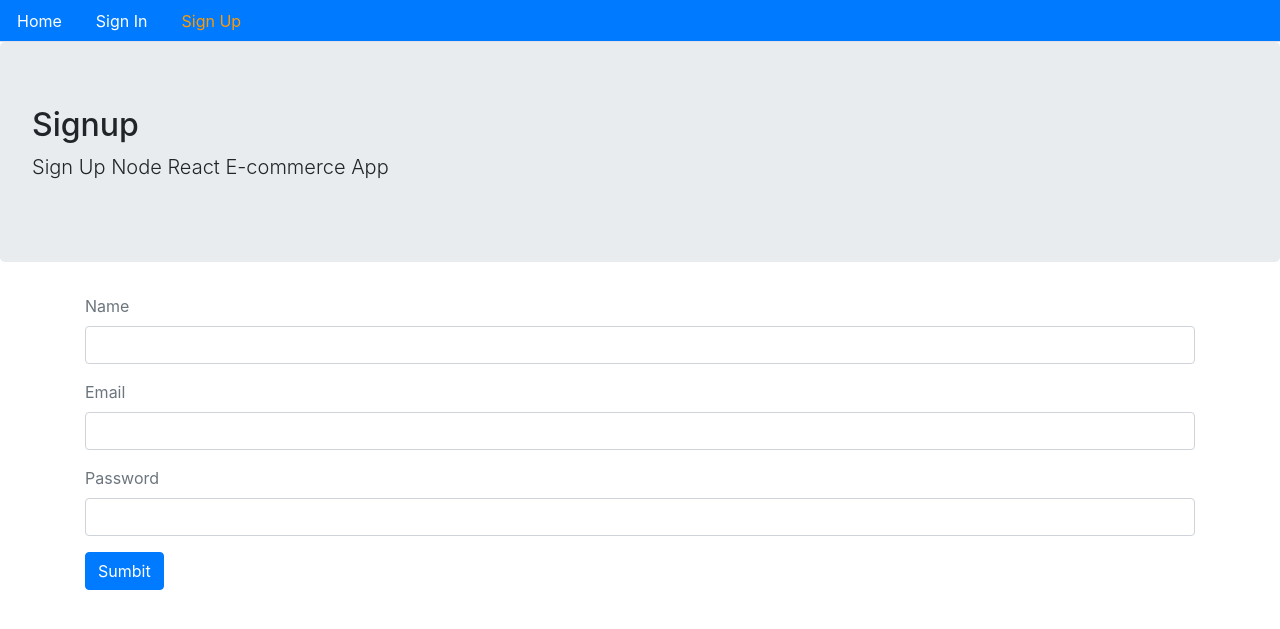
Repository: pragnyatata/Ecommerce
Page: /signup (app in ecommerce-front/)
An editor plug-in stored every save of this project. The page is shown before and after the next save, followed by the edit.
The browser window is 1280 px wide. The pictures show the whole page.
The project was rebuilt for these pictures with package versions that can differ from the ones it lists, and the page was loaded fresh each time. Also part of the build but not shown: ecommerce-front/src/App.js, ecommerce-front/src/user/Signin.js, ecommerce-front/src/core/Home.js.

Above is the page before, as saved 2020-01-18 21:33:57.

### ecommerce-front/public/index.html
<!DOCTYPE html>
<html lang="en">
  <head>
    <meta charset="utf-8" />
    <link rel="icon" href="%PUBLIC_URL%/favicon.ico" />
    <meta name="viewport" content="width=device-width, initial-scale=1" />
    <meta name="theme-color" content="#000000" />
    <meta
      name="description"
      content="Web site created using create-react-app"
    />
    <link rel="apple-touch-icon" href="%PUBLIC_URL%/logo192.png" />
    <link rel="manifest" href="%PUBLIC_URL%/manifest.json" />
    <link
      rel="stylesheet"
      href="https://maxcdn.bootstrapcdn.com/bootstrap/4.0.0/css/bootstrap.min.css"
      integrity="sha384-Gn5384xqQ1aoWXA+058RXPxPg6fy4IWvTNh0E263XmFcJlSAwiGgFAW/dAiS6JXm"
      crossorigin="anonymous"
    />

    <title>React App</title>
  </head>
  <body>
    <noscript>You need to enable JavaScript to run this app.</noscript>
    <div id="root"></div>
  </body>
</html>

### ecommerce-front/src/index.js
import React from "react";
import ReactDOM from "react-dom";
import App from "./App";
import Routes from "./Routes";
ReactDOM.render(<Routes />, document.getElementById("root"));

### ecommerce-front/src/Routes.js
import React, { Component } from "react";
import { BrowserRouter, Switch, Route } from "react-router-dom";
import Signup from "./user/Signup";
import Signin from "./user/Signin";
import Home from "./core/Home";
const Routes = () => {
  return (
    <BrowserRouter>
      <Switch>
        <Route path="/" exact component={Home} />
        <Route path="/signin" exact component={Signin} />
        <Route path="/signup" exact component={Signup} />
      </Switch>
    </BrowserRouter>
  );
};
export default Routes;

### ecommerce-front/src/user/Signup.js
import React, { Component } from "react";
import Layout from "../core/Layout";
const Signup = () => {
  const signUpForm = () => (
    <form>
      <div className="form-group">
        <label className="text-muted"> Name</label>
        <input type="text" className="form-control"></input>
      </div>
      <div className="form-group">
        <label className="text-muted"> Email</label>
        <input type="email" className="form-control"></input>
      </div>
      <div className="form-group">
        <label className="text-muted"> Password</label>
        <input type="password" className="form-control"></input>
      </div>
      <button className="btn btn-primary">Sumbit</button>
    </form>
  );
  return (
    <Layout
      title="Signup"
      description=" Sign Up Node React E-commerce App"
      className="container"
    >
      {signUpForm()}
    </Layout>
  );
};
export default Signup;

### ecommerce-front/src/core/Layout.js
import React from "react";
import Menu from "./Menu";
const Layout = ({
  title = "Title",
  description = "Description",
  className,
  children
}) => (
  <div>
    <Menu />
    <div className="jumbotron">
      <h2>{title}</h2>
      <p className="lead">{description}</p>
    </div>
    <div className={className}>{children}</div>
  </div>
);
export default Layout;

### ecommerce-front/src/core/Menu.js
import React from "react";
import { Link, withRouter } from "react-router-dom";
const isActive = (history, path) => {
  if (history.location.pathname === path) return { color: "#ff9900" };
  return { color: "#ffffff" };
};

const Menu = ({ history }) => (
  <div>
    <ul className="nav nav-tabs bg-primary">
      <li className="nav-item">
        <Link className="nav-link" style={isActive(history, "/")} to="/">
          Home
        </Link>
      </li>
      <li className="nav-item">
        <Link
          className="nav-link"
          style={isActive(history, "/signin")}
          to="/signin"
        >
          Sign In{" "}
        </Link>
      </li>
      <li className="nav-item">
        <Link
          className="nav-link"
          style={isActive(history, "/signup")}
          to="/signup"
        >
          Sign Up
        </Link>
      </li>
    </ul>
  </div>
);
export default withRouter(Menu);

After the next save:
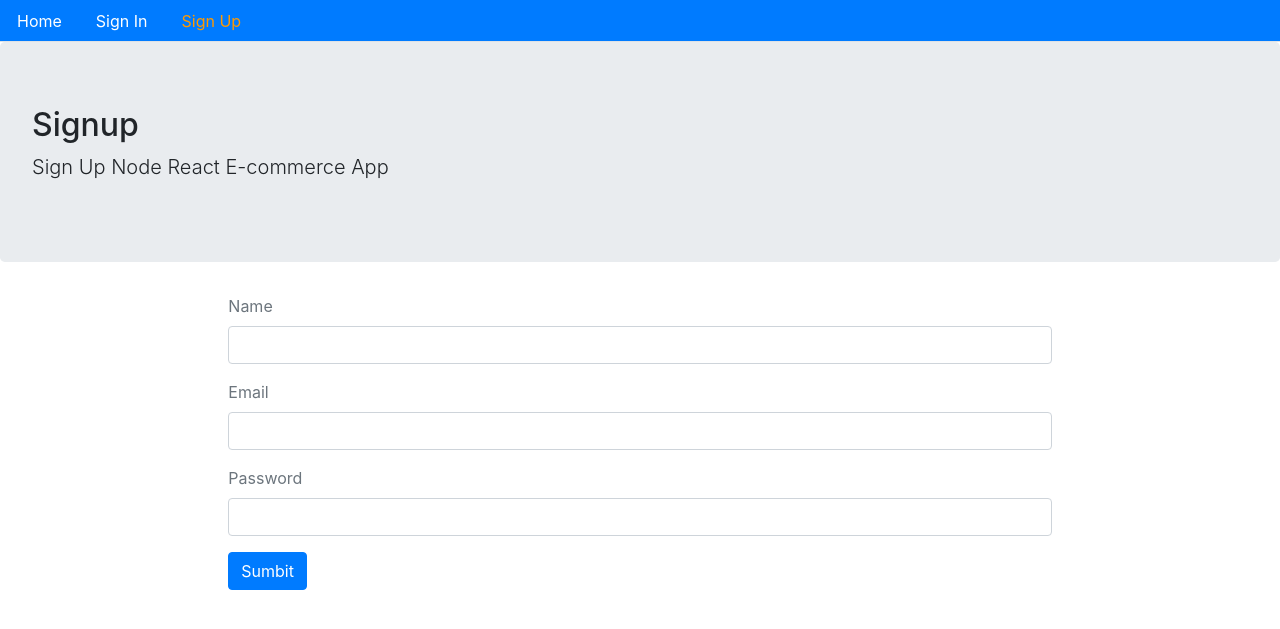
Saved 26 s later.
--- a/ecommerce-front/src/user/Signup.js
+++ b/ecommerce-front/src/user/Signup.js
@@ -22,7 +22,7 @@ const Signup = () => {
     <Layout
       title="Signup"
       description=" Sign Up Node React E-commerce App"
-      className="container"
+      className="container col-md-8 offset-md-2"
     >
       {signUpForm()}
     </Layout>
